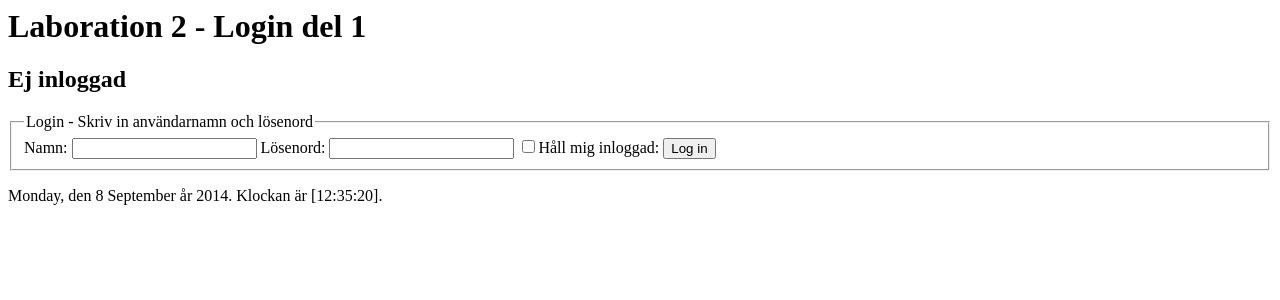
Repository: ed222an/1DV408-Laborationer
Page: http://localhost/
These files come from the project's save history. The page is drawn as it stood at one moment and after the next save; the edit follows.
The browser window is 1280 px wide. The pictures show the whole page.
The page is run by PHP 8.4 with error messages shown; the project is at /var/www/html/.

Above is the page before, as saved 2014-09-08 12:59:58.

After the next save:
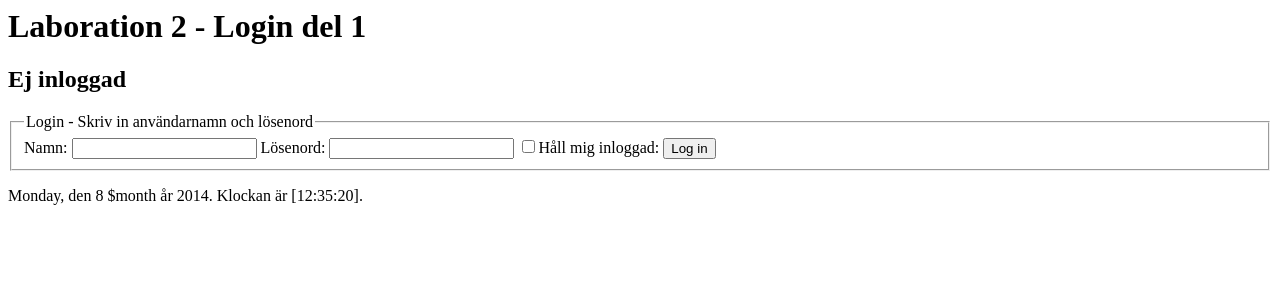
Saved 24 s later.
--- a/Labb2/Loginsystem/index.php
+++ b/Labb2/Loginsystem/index.php
@@ -27,7 +27,7 @@
 						<button type='submit' form='loginForm' value='Submit'>Log in</button>
 					</fieldset>
 				</form>
-				" . strftime('' . $weekDay . ', den ' . $format . ' %B år %Y. Klockan är [%H:%M:%S]') . ".
+				" . strftime('' . $weekDay . ', den ' . $format . ' $month år %Y. Klockan är [%H:%M:%S]') . ".
 			</body>
 		</html>";
 ?>
